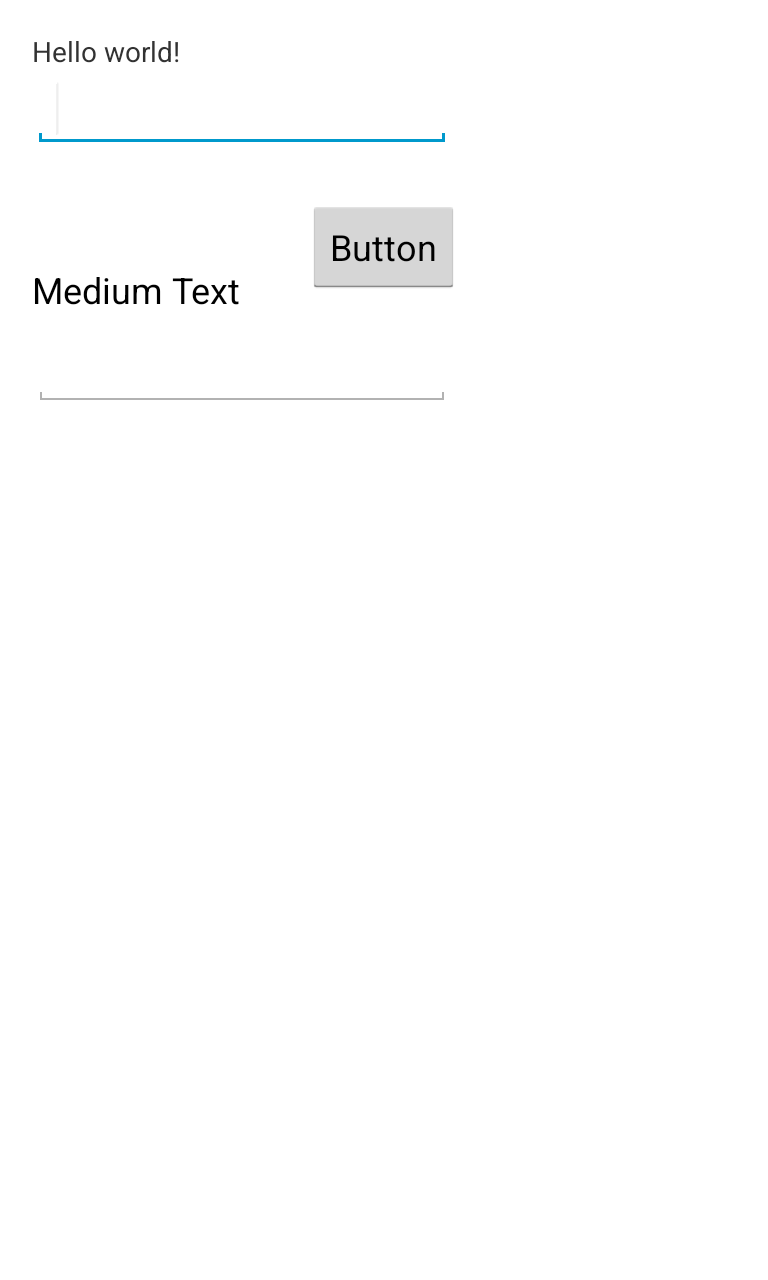
Repository: howu911/AndroidPracticeCode
Layout: day_02/code/day02_05_wayOfLayout/res/layout/activity_main.xml
These files come from the project's save history. The layout is drawn as it stood at one moment and after the next save; the edit follows.
It is drawn on a 768 x 1280 px phone screen (xhdpi) without system bars, with theme AppTheme; the app's code is not run.

Above is the layout before, as saved 2020-04-06 14:45:54.

### day_02/code/day02_05_wayOfLayout/res/layout/activity_main.xml
<RelativeLayout xmlns:android="http://schemas.android.com/apk/res/android"
    xmlns:tools="http://schemas.android.com/tools"
    android:layout_width="match_parent"
    android:layout_height="match_parent"
    android:paddingBottom="@dimen/activity_vertical_margin"
    android:paddingLeft="@dimen/activity_horizontal_margin"
    android:paddingRight="@dimen/activity_horizontal_margin"
    android:paddingTop="@dimen/activity_vertical_margin"
    tools:context="com.example.day02_05_wayoflayout.MainActivity" >

    <TextView
        android:id="@+id/textView1"
        android:layout_width="wrap_content"
        android:layout_height="wrap_content"
        android:text="@string/hello_world" />

    <EditText
        android:id="@+id/editText1"
        android:layout_width="wrap_content"
        android:layout_height="wrap_content"
        android:layout_below="@id/textView1"
        android:ems="10" >

        <requestFocus />
    </EditText>

    <EditText
        android:id="@+id/editText2"
        android:layout_width="wrap_content"
        android:layout_height="wrap_content"
        android:layout_alignLeft="@+id/editText1"
        android:layout_below="@+id/editText1"
        android:layout_marginTop="90dp"
        android:ems="10" />

    <Button
        android:id="@+id/button1"
        android:layout_width="wrap_content"
        android:layout_height="wrap_content"
        android:layout_below="@+id/editText1"
        android:layout_centerHorizontal="true"
        android:layout_marginTop="25dp"
        android:text="Button" />

    <TextView
        android:id="@+id/textView2"
        android:layout_width="wrap_content"
        android:layout_height="wrap_content"
        android:layout_alignLeft="@+id/editText1"
        android:layout_below="@+id/editText1"
        android:layout_marginTop="58dp"
        android:text="Medium Text"
        android:textAppearance="?android:attr/textAppearanceMedium" />

</RelativeLayout>

### day_02/code/day02_05_wayOfLayout/res/values/strings.xml
<?xml version="1.0" encoding="utf-8"?>
<resources>

    <string name="app_name">day02_05_wayOfLayout</string>
    <string name="hello_world">Hello world!</string>
    <string name="action_settings">Settings</string>

</resources>

Loaded but not shown: day_02/code/day02_05_wayOfLayout/res/values/styles.xml (common file); day_02/code/day02_05_wayOfLayout/res/values-v11/styles.xml (common file); day_02/code/day02_05_wayOfLayout/res/values-v14/styles.xml (common file); day_02/code/day02_05_wayOfLayout/res/values/dimens.xml (common file); day_02/code/day02_05_wayOfLayout/res/values-w820dp/dimens.xml (common file)

After the next save:
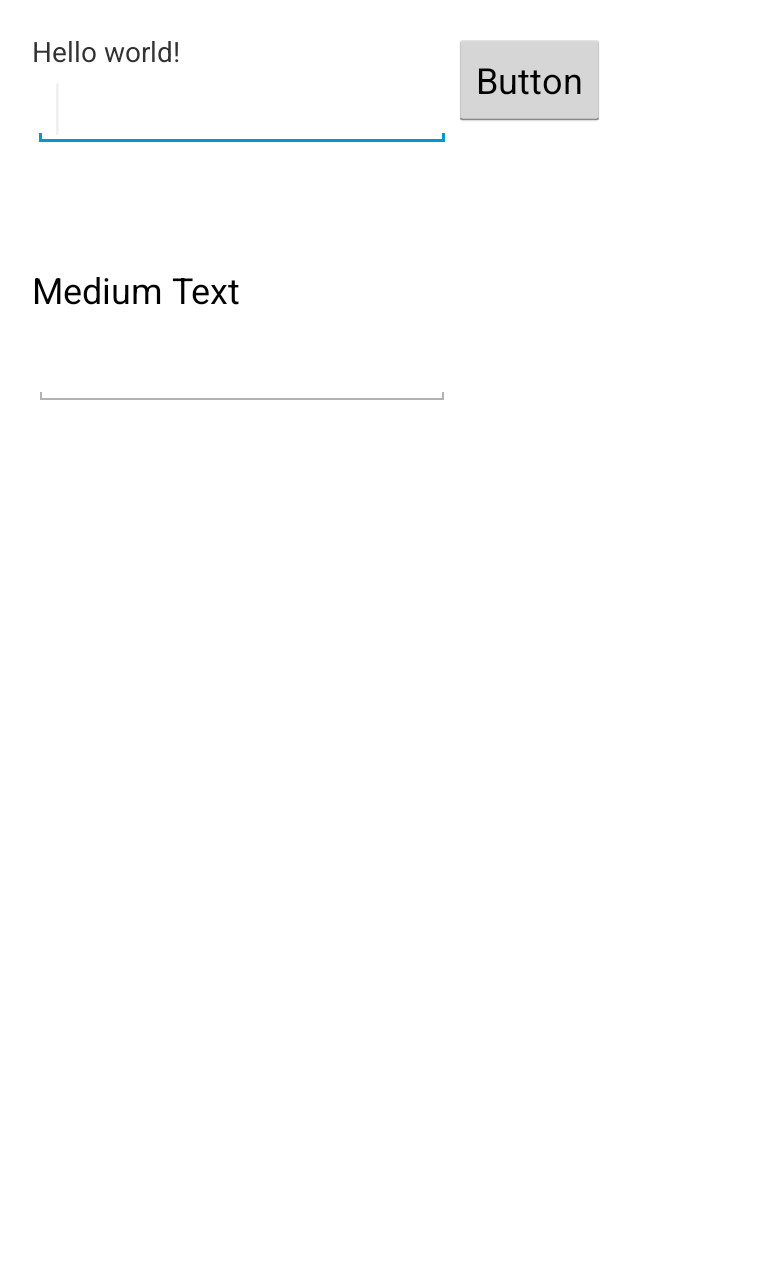
Saved 85 s later.
--- a/day_02/code/day02_05_wayOfLayout/res/layout/activity_main.xml
+++ b/day_02/code/day02_05_wayOfLayout/res/layout/activity_main.xml
@@ -37,9 +37,7 @@
         android:id="@+id/button1"
         android:layout_width="wrap_content"
         android:layout_height="wrap_content"
-        android:layout_below="@+id/editText1"
-        android:layout_centerHorizontal="true"
-        android:layout_marginTop="25dp"
+        android:layout_toRightOf="@id/editText1"
         android:text="Button" />
 
     <TextView
